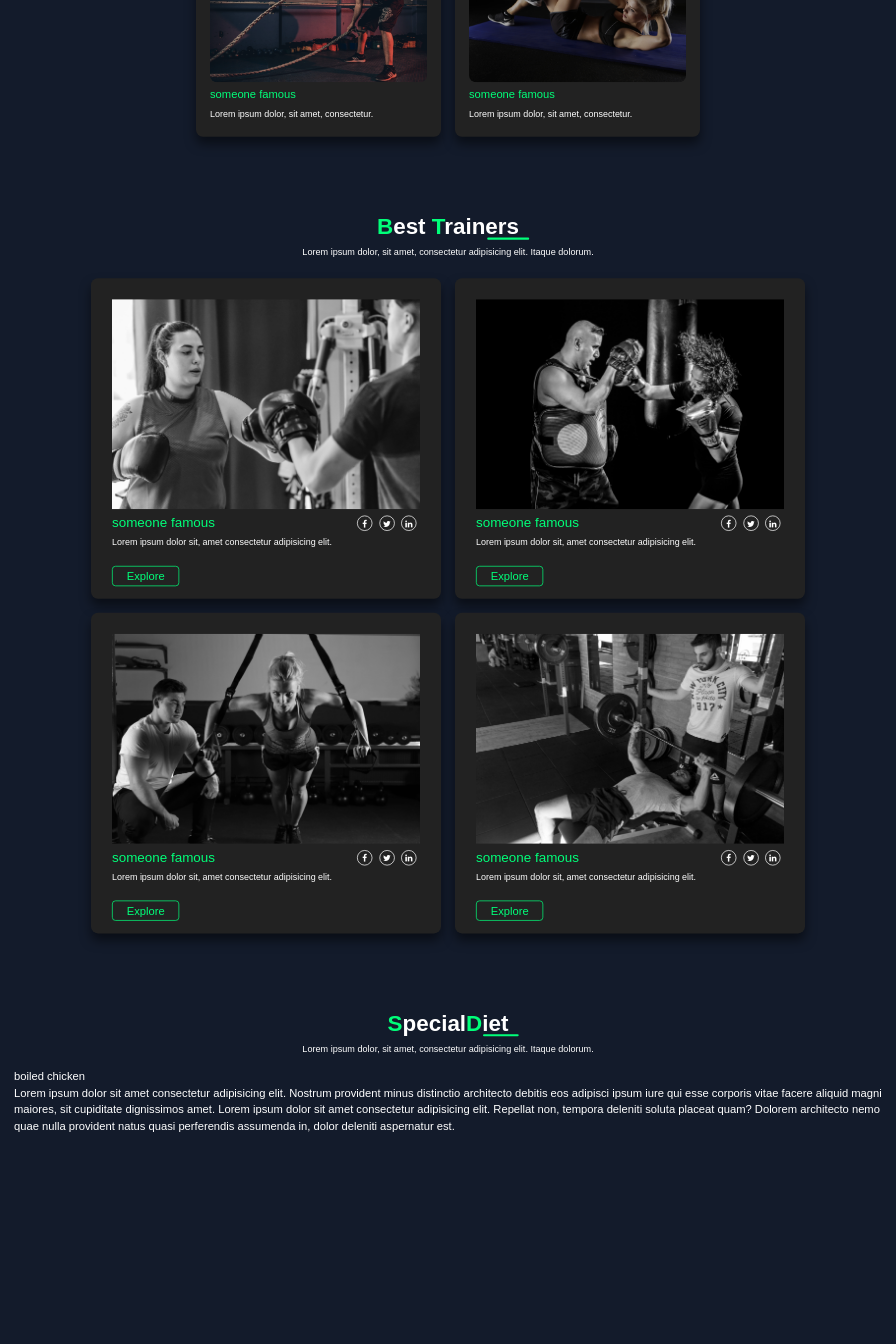
Repository: guilhermecardoso93/fitapex
Page: index.html
These files come from the project's save history. The page is drawn as it stood at one moment and after the next save; the edit follows.
The browser window is 1280 px wide. The pictures show the part of the page from y = 2258 to 4178 px (the page is 4178 px tall), at 70% of full size.

Above is the page before, as saved 2023-03-07 21:11:46.

### index.html
<!DOCTYPE html>
<html lang="pr-BR">
  <head>
    <meta charset="UTF-8" />
    <meta http-equiv="X-UA-Compatible" content="IE=edge" />
    <meta name="viewport" content="width=device-width, initial-scale=1.0" />
    <link rel="stylesheet" href="styles.css" />
    <link
      rel="stylesheet"
      href="https://cdnjs.cloudflare.com/ajax/libs/font-awesome/4.7.0/css/font-awesome.css"
      />
    <title>F.A GYM</title>
  </head>
  <body>
    <div class="navbar">
      <a href="#" class="logo">F<b>A</b>.</a>
      <ol>
        <li>
          <a href="#home">home</a>
        </li>
        <li>
          <a href="#about">about</a>
        </li>
        <li>
          <a href="#workout">workout</a>
        </li>
        <li>
          <a href="#trainers">trainers</a>
        </li>
        <li>
          <a href="#diet">diet</a>
        </li>
        <li>
          <a href="#contact">contact</a>
        </li>
        <li>
          <a href="#home">home</a>
        </li>
      </ol>
    </div>

    <section id="home" class="home view">
      <div class="highlights">
        <h3>feel the power with</h3>
        <h1><b>FIT</b>APEX</h1>
        <br />
        <p class="tagline">
          Lorem ipsum dolor sit amet, consectetur adipisicing elit. Totam facere
          iure recusandae? Similique, doloribus voluptatibus? Repudiandae aut
          eius mollitia exercitationem beatae eveniet expedita. Ipsa, expedita
          ipsum ipsam magnam illo quae.
        </p>
        <button class="join">join now</button>
      </div>
      <div class="banner" />
      </section>

      <section id="about" class="about view">
        <div class="main">
          <h2><span>A</span>bout Us</h2>
          <h6>
            Lorem ipsum dolor, sit amet, consectetur adipisicing elit. Itaque
            dolorum.
          </h6>
        </div>
        <div class="content">
          <div class="cols">
            <p>
              <b>L</b>orem ipsum dolor sit amet consectetur adipisicing elit.
              Consectetur non facere inventore maiores corrupti. Temporibus
              facere
              doloribus error quia, veniam alias perspiciatis accusantium, et
              asperiores pariatur iusto minus iure recusandae. Lorem ipsum,
              dolor
              sit amet consectetur adipisicing elit. Quas enim voluptate ipsum
              dolorem perferendis recusandae, quasi error illum nisi. Quod
              facilis
              necessitatibus libero perferendis voluptatum quibusdam expedita,
              maxime ab incidunt!
            </p>
            <a href="#">more</a>
          </div>
          <div class="cols">
            <div class="box">
              <img src="./assets/about.jpg" alt="" />
            </div>
          </div>
        </div>
      </section>

      <section id="workout" class="workout view">
        <div class="main">
          <h2><span>W</span>orkout</h2>
          <h6>
            Lorem ipsum dolor, sit amet, consectetur adipisicing elit. Itaque
            dolorum.
          </h6>
        </div>
        <div class="content">
          <div class="frame">
            <div class="box">
              <img src="./assets/workout1.jpg" alt="" />
            </div>
            <div class="title">someone famous</div>
            <p>Lorem ipsum dolor, sit amet, consectetur.</p>
          </div>
          <div class="frame">
            <div class="box">
              <img src="./assets/workout2.jpg" alt="" />
            </div>
            <div class="title">someone famous</div>
            <p>Lorem ipsum dolor, sit amet, consectetur.</p>
          </div>
          <div class="frame">
            <div class="box">
              <img src="./assets/workout3.jpg" alt="" />
            </div>
            <div class="title">someone famous</div>
            <p>Lorem ipsum dolor, sit amet, consectetur.</p>
          </div>
          <div class="frame">
            <div class="box">
              <img src="./assets/workout4.jpg" alt="" />
            </div>
            <div class="title">someone famous</div>
            <p>Lorem ipsum dolor, sit amet, consectetur.</p>
          </div>
          <div class="frame">
            <div class="box">
              <img src="./assets/workout5.jpg" alt="" />
            </div>
            <div class="title">someone famous</div>
            <p>Lorem ipsum dolor, sit amet, consectetur.</p>
          </div>
          <div class="frame">
            <div class="box">
              <img src="./assets/workout6.jpg" alt="" />
            </div>
            <div class="title">someone famous</div>
            <p>Lorem ipsum dolor, sit amet, consectetur.</p>
          </div>
        </div>
      </section>

      <section id="trainers" class="trainers view">
        <div class="main">
          <h2><span>B</span>est<span> T</span>rainers</h2>
          <h6>
            Lorem ipsum dolor, sit amet, consectetur adipisicing elit. Itaque
            dolorum.
          </h6>
        </div>
        <div class="content">
          <div class="frame">
            <div class="box">
              <img src="./assets/trainer1.jpg" alt="" />
            </div>
            <div class="headline">
              <div class="title">someone famous</div>
              <div class="icons">
                <i class="fa fa-facebook"></i>
                <i class="fa fa-twitter"></i>
                <i class="fa fa-linkedin"></i>
              </div>
            </div>
            <p>Lorem ipsum dolor sit, amet consectetur adipisicing elit.</p>
            <a href="">Explore</a>
          </div>
          <div class="frame">
            <div class="box">
              <img src="./assets/trainer2.jpg" alt="" />
            </div>
            <div class="headline">
              <div class="title">someone famous</div>
              <div class="icons">
                <i class="fa fa-facebook"></i>
                <i class="fa fa-twitter"></i>
                <i class="fa fa-linkedin"></i>
              </div>
            </div>
            <p>Lorem ipsum dolor sit, amet consectetur adipisicing elit.</p>
            <a href="">Explore</a>
          </div>
          <div class="frame">
            <div class="box">
              <img src="./assets/trainer3.jpg" alt="" />
            </div>
            <div class="headline">
              <div class="title">someone famous</div>
              <div class="icons">
                <i class="fa fa-facebook"></i>
                <i class="fa fa-twitter"></i>
                <i class="fa fa-linkedin"></i>
              </div>
            </div>
            <p>Lorem ipsum dolor sit, amet consectetur adipisicing elit.</p>
            <a href="">Explore</a>
          </div>
          <div class="frame">
            <div class="box">
              <img src="./assets/trainer4.jpg" alt="" />
            </div>
            <div class="headline">
              <div class="title">someone famous</div>
              <div class="icons">
                <i class="fa fa-facebook"></i>
                <i class="fa fa-twitter"></i>
                <i class="fa fa-linkedin"></i>
              </div>
            </div>
            <p>Lorem ipsum dolor sit, amet consectetur adipisicing elit.</p>
            <a href="">Explore</a>
          </div>
        </div>
      </section>

      <section id="diet" class="diet view">
        <div class="main">
          <h2><span>S</span>pecial<span>D</span>iet</h2>
          <h6>
            Lorem ipsum dolor, sit amet, consectetur adipisicing elit. Itaque
            dolorum.
          </h6>
        </div>
        <div class="content">
          <div class="row">
            <div class="cols">
              <div class="heading">
                boiled chicken
              </div>
              <p>Lorem ipsum dolor sit amet consectetur adipisicing elit.
                Nostrum provident minus distinctio architecto debitis eos
                adipisci ipsum iure qui esse corporis vitae facere aliquid magni
                maiores, sit cupiditate dignissimos amet. Lorem ipsum dolor sit
                amet consectetur adipisicing elit. Repellat non, tempora
                deleniti soluta placeat quam? Dolorem architecto nemo quae nulla
                provident natus quasi perferendis assumenda in, dolor deleniti
                aspernatur est.</p>
            </div>
          </div>
        </div>
      </section>
    </body>
  </html>

### styles.css
@import url("https://fonts.googleapis.com/css2?family=Poppins:wght@400;500&display=swap");

@import "./css/_navbar.css";
@import "./css/_home.css";
@import "./css/_about.css";
@import "./css/_workout.css";
@import "./css/_trainers.css";

* {
  margin: 0;
  padding: 0;
  box-sizing: border-box;
  font-family: "Poppisns", sans-serif;
  outline: none;
  color: #fff;
  scroll-behavior: smooth;
}

:root {
  --prime: #00ff79;
}

body {
  background-color: #131b2b;
}

.view {
  width: 100%;
  min-height: 80vh;
  position: relative;
}

### css/_navbar.css

.navbar {
  width: 100%;
  display: flex;
  position: fixed;
  padding: 30px 120px;
  background-color: transparent;
  justify-content: space-between;
  z-index: 1111;
  transition: 0.5s ease;
}

.logo {
  font-size: 2.8em;
  font-weight: 800;
  letter-spacing: 2px;
  text-transform: uppercase;
  text-decoration: none;
}

.logo B{
  color: var(--prime);
}

ol {
  display: flex;
  margin: auto 0;
}

ol li {
  list-style: none;
  margin-left: 20px;
}

ol li a {
  font-size: 20px;
  font-weight:500;
  text-transform: uppercase;
  text-decoration: none;
}

ol li:hover a {
  color: var(--prime);
}

### css/_home.css
.home {
  display: flex;
  min-height: 120vh;
  align-items: center;
  justify-content: center;
  clip-path: polygon(0 0, 100% 0, 100% 100%, 80% 95%, 0 100%);
}

.banner {
  height: 100%;
  width: 100%;
  position: absolute;
  background: url("../assets/banner.jpg");
  background-size: cover;
  background-position: center;
  filter: brightness(40%);
}

.highlights {
  width: 50%;
  position: relative;
  display: inline-block;
  justify-content: center;
  z-index: 11;
}

.highlights h3 {
  display: inline;
  font-size: 2vw;
  padding: 5px 20px;
  font-weight: lighter;
  text-transform: capitalize;
  border-left: 6px solid var(--prime);
}

.highlights h1 {
  font-size: 9vw;
  text-align: center;
  font-weight: normal;
}

.highlights b {
  color: var(--prime);
  font-weight: 800;
  font-family: sans-serif;
}

.highlights .tagline {
  color: #d7d7d7;
  font-size: 1.2vw;
  text-align: center;
  font-weight: normal;
  line-height: 32px;
}

.highlights .join {
  position: absolute;
  left: 40%;
  margin-top: 1.2rem;
  padding: 5px 20px;

  transform: tanslateX(-500%);
  font-weight: 800;
  font-size: 1.5vw;
  text-transform: uppercase;

  color: var(--prime);
  border: 2px solid var(--prime);
  border-radius: 50px;
  background: transparent;

  transition: 0.3s ease;
}

.highlights .join:hover {
  color: #fff;
  cursor: pointer;
  letter-spacing: 1.5px;
  background: var(--prime);
}

### css/_about.css
.main {
  width: 100%;
  text-align: center;
  padding-bottom: 20px;
  -webkit-font-smoothing: antialiased;
  -moz-osx-font-smoothing: grayscale;

}

.main h2 {
  font-size: 2.5vw;
  position: relative;
  text-align: center;
  padding-top: 100px;
  display: inline-block;
}

span {
  color: var(--prime);
}

.main h2:before {
  position: absolute;
  content: "";
  background: var(--prime);
  height: 3px;
  width: 30%;
  right: -15px;
  bottom: 0;
  border-radius: 50px;
}

.main h6 {
  margin-top: 10px;
  font-size: 13px;
  font-family: sans-serif;
  font-weight: lighter;
}

.content {
  position: relative;
  display: flex;
  width: 100%;
  padding: 0 20px;
  justify-content: center;
  line-height: 1.5em;
}

.about .content .cols {
  position: relative;
  width: 100%;
  height: 100%;
  padding: 0px 40px;
}

.about .content .cols p b {
  font-size: 24px;
  margin-right: 2px;
  line-height: 2;
}

.about .content .cols a {
  position: relative;
  top: 20px;
  color: #fff;
  background-color: var(--prime);
  padding: 5px 20px;
  border-radius: 5px;
  text-decoration: none;
  text-weight: 500;
  text-transform: capitalize;
}

.about .content .cols a:hover {
  color: #000;
  background: #fff;
}

.about .content .cols .box {
  position: relative;
  height: 570px;
  box-shadow: 0 10px 10px rgba(0, 0, 0, 0.5);
  border-radius: 10px;
}

.about .content .cols .box img {
  position: absolute;
  top: 0;
  left: 0;
  height: 100%;
  width: 100%;
  object-fit: cover;
  border-radius: 10px;
}

### css/_workout.css
.workout .content {
  flex-wrap: wrap;
  max-width: 80%;
  margin: 0 auto;
}

.workout .content .frame {
  position: relative;
  width: 350px;
  padding: 20px;
  margin: 10px;
  background: #222;
  box-shadow: 0 10px 15px rgba(0,0,0,0.5);
  border-radius: 10px;

}

.workout .content .frame .box {
  position: relative;
  height: 200px;
  width: 100%;
  overflow: hidden;
  border-radius: 10px;
}

.workout .content .frame .box img {
  position: absolute;
  height: 100%;
  width: 100%;
  object-fit: cover;
  filter: brightness(80%);
  transition: 0.2s ease-in ;
}

.workout .content .frame .box:hover img {
  filter: brightness(100%);
  transform: scale(1.08) ;
}

.workout .content .frame .title {
  color: var(--prime);
  padding: 5px 0;
}

.workout .content .frame p {
  font-size: 0.8rem;
}

### css/_trainers.css
.trainers .content {
  flex-wrap: wrap;
}

.trainers .content .frame {
  position: relative;
  border-radius: 10px;
  width: 500px;
  padding: 30px 30px 40px 30px;
  box-shadow: 0 10px 15px rgba(0, 0, 0, 0.5);
  margin: 10px;
  background: #222;
}

.trainers .content .frame .box {
  position: relative;
  height: 300px;
  width: 100%;
  overflow: hidden;
}

.trainers .content .frame .box img {
  position: absolute;
  height: 100%;
  width: 100%;
  object-fit: cover;
  filter: grayscale(1);
  transtion: 0.2s ease-in;
}

.trainers .content .frame .box:hover img {
  filter: grayscale(0);
  transform: scale(1.08);
}

.trainers .content .frame .headline {
  display: flex;
  align-items: center;
  justify-content: space-between;
  margin: 8px 0;
}

.trainers .content .frame .headline i {
  height: 22px;
  width: 22px;
  border: 1.5px solid #fff;
  border-radius: 50%;
  text-align: center;
  font-size: 12px;
  margin-right: 5px;
  cursor: pointer;
  line-height: 22px;
}

.trainers .content .frame .headline i:hover {
  border: 1.5px solid var(--prime);
  background: var(--prime);
}

.trainers .content .frame .headline .title {
  color: var(--prime);
  font-size: 1.2em;
}

.trainers .content .frame p {
  font-size: 0.8em;
  position: relative;
  bottom: 5px;
}

.trainers .content .frame a {
  top: 20px;
  color: var(--prime);
  background: transparent;
  padding: 5px 20px;
  border: 1.5px solid var(--prime);
  border-radius: 5px;
  text-decoration: none;
  position: relative;
  text-transform: capitalize;
  transition: 0.2s ease;
}

.trainers .content .frame a:hover {
  color: #fff;
  background: var(--prime);
}

After the next save:
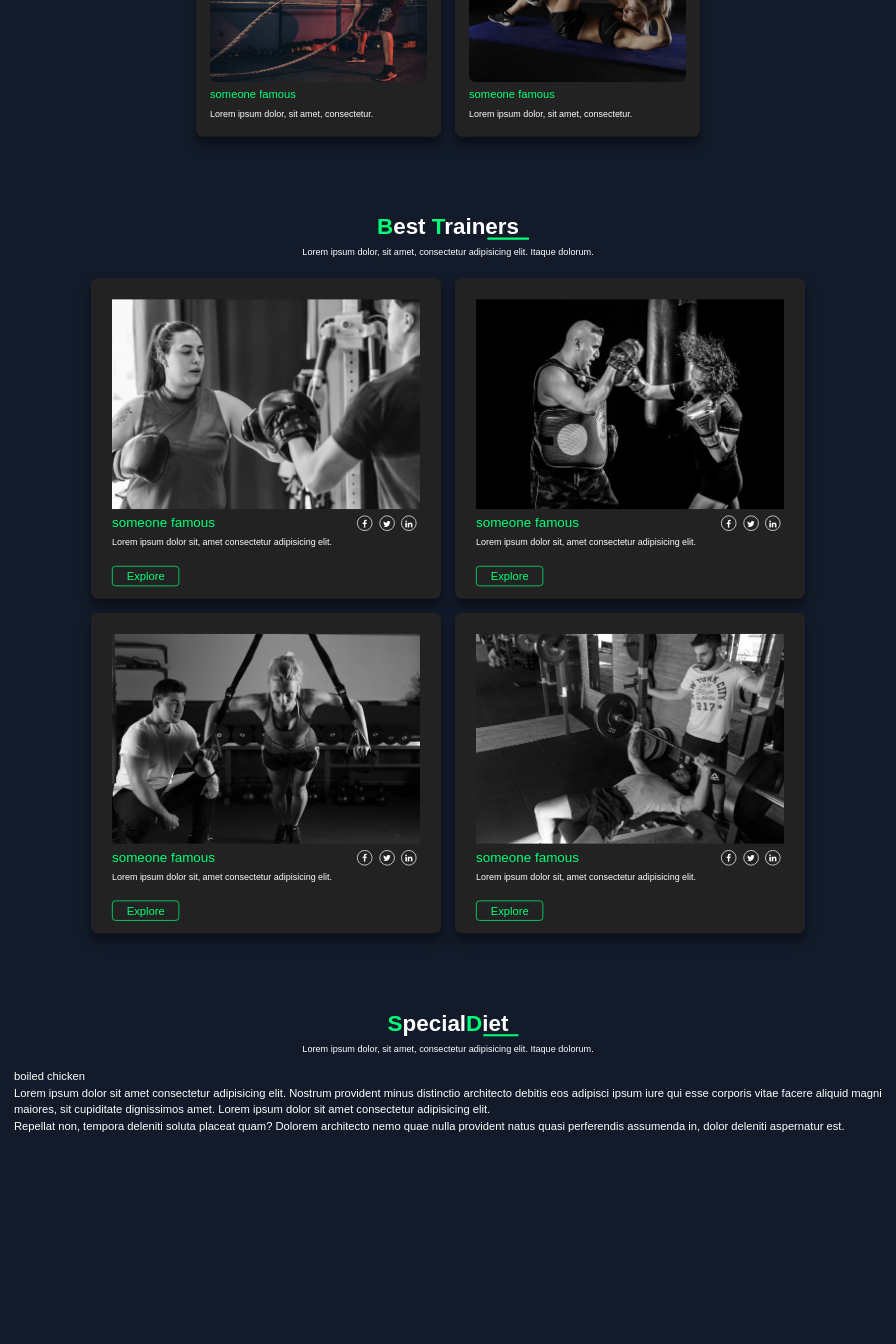
Saved 25 s later.
--- a/index.html
+++ b/index.html
@@ -228,14 +228,16 @@
               <div class="heading">
                 boiled chicken
               </div>
-              <p>Lorem ipsum dolor sit amet consectetur adipisicing elit.
+              <p>
+                Lorem ipsum dolor sit amet consectetur adipisicing elit.
                 Nostrum provident minus distinctio architecto debitis eos
                 adipisci ipsum iure qui esse corporis vitae facere aliquid magni
                 maiores, sit cupiditate dignissimos amet. Lorem ipsum dolor sit
-                amet consectetur adipisicing elit. Repellat non, tempora
+                amet consectetur adipisicing elit. <br> Repellat non, tempora
                 deleniti soluta placeat quam? Dolorem architecto nemo quae nulla
                 provident natus quasi perferendis assumenda in, dolor deleniti
-                aspernatur est.</p>
+                aspernatur est.
+              </p>
             </div>
           </div>
         </div>
